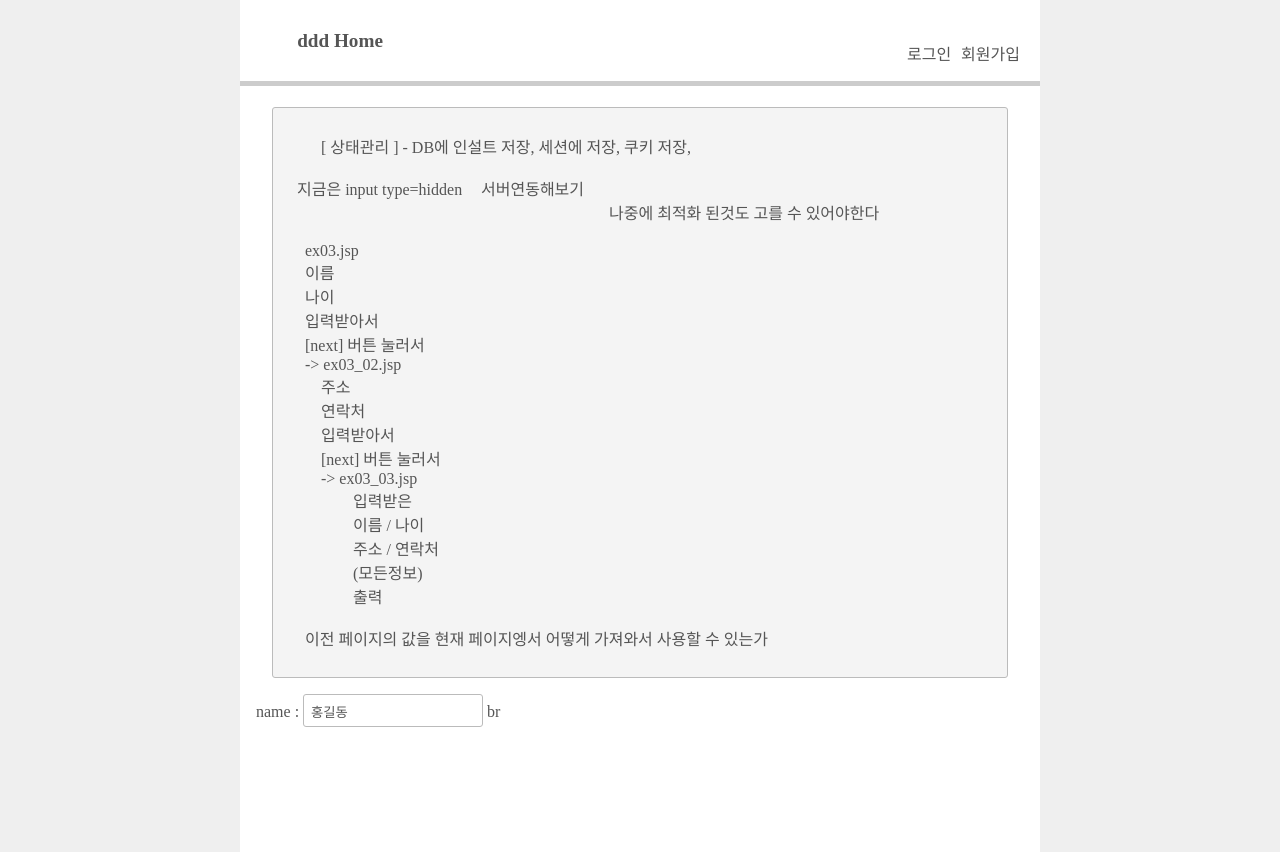
Repository: Deneb0000/JSP
Page: http://localhost/jspPro/days04/ex03.jsp
An editor plug-in stored every save of this project. The page is shown before and after the next save, followed by the edit.
The browser window is 1280 px wide. The pictures show the whole page.
Some web fonts or font styles are not loaded; a fallback is used. The page is served by Tomcat 9. Other server files are loaded and not shown.

Above is the page before, as saved 2024-10-18 05:52:39.

### jspPro/src/main/webapp/days04/ex03.jsp
<%@ page contentType="text/html; charset=UTF-8" pageEncoding="UTF-8"%>
<%@ taglib prefix="c" uri="http://java.sun.com/jsp/jstl/core" %>
<!DOCTYPE html>
<html>
<head>
<meta charset="UTF-8">
<title>Insert title here</title>
<link rel="shortcut icon" type="image/x-icon" href="http://localhost/jspPro/images/SiSt.ico">
<script src="https://ajax.googleapis.com/ajax/libs/jquery/3.7.1/jquery.min.js"></script>
<meta name="viewport" content="width=device-width, initial-scale=1.0">
<meta name="google" content="notranslate">
<link rel="stylesheet" href="http://localhost/jspPro/resources/cdn-main/example.css">
<script src="http://localhost/jspPro/resources/cdn-main/example.js"></script>
<style>
 span.material-symbols-outlined{
    vertical-align: text-bottom;
 }
</style>
</head>
<body>
<header>
  <h1 class="main"><a href="#" style="position: absolute;top:30px;">ddd Home</a></h1>
  <ul>
    <li><a href="#">로그인</a></li>
    <li><a href="#">회원가입</a></li>
  </ul>
</header>
<div>
  <xmp class="code">
  	[ 상태관리 ] - DB에 인설트 저장, 세션에 저장, 쿠키 저장,

  지금은 input type=hidden	서버연동해보기
  										나중에 최적화 된것도 고를 수 있어야한다

    ex03.jsp
    이름
    나이
    입력받아서
    [next] 버튼 눌러서
    -> ex03_02.jsp
    	주소
    	연락처
    	입력받아서
    	[next] 버튼 눌러서
    	-> ex03_03.jsp
    		입력받은
    		이름 / 나이
    		주소 / 연락처
    		(모든정보)
    		출력

    이전 페이지의 값을 현재 페이지엥서 어떻게 가져와서 사용할 수 있는가
  </xmp>
  <form action="ex03_02.jsp">
  name : <input type="text" name="name" value="홍길동" /> br
  </form>

</div>
</body>
</html>

### jspPro/src/main/webapp/resources/cdn-main/example.css
@charset "UTF-8";

@import url('https://fonts.googleapis.com/css2?family=Material+Symbols+Outlined:opsz,wght,FILL,GRAD@20..48,100..700,0..1,-50..200');

@font-face {
    font-family: 'GmarketSansMedium';
    src: url('https://cdn.jsdelivr.net/gh/projectnoonnu/noonfonts_2001@1.1/GmarketSansMedium.woff') format('woff');
    font-weight: normal;
    font-style: normal;
}

:root {
	--text-color: #555;
	--sub-text-color: #777;
	--back-color: #EFEFEF;
	--header-color: #444;
	--primary-color: #DEDEDE;
	--secondary-color: #EFEFEF;
	--default-width: 800px;
	--narrow-width: 500px;
	--wide-width: 1200px;
	--text-font: 'GmarketSansMedium';
	--icon-font: 'Material Symbols Outlined';
	--border-color: #CCC;
}

html, body {
	margin: 0;
	padding: 0;
}

html {
	background-color: var(--back-color);
	display: flex;
	justify-content: center;
	min-height: 100vh;
}

body, body.default {
	width: var(--default-width);
	background-color: white;
	padding-bottom: 120px;
}

body.wide {
	width: var(--wide-width);
}

body.narrow {
	width: var(--narrow-width);
}



body, p, div, span, a, input, select, option, textarea, button, table, th, td, label, fieldset, legend {
	font-family: var(--text-font);
	color: var(--text-color);
}

h1, h2, h3 {
	font-family: var(--text-font);
	color: var(--header-color);
	padding: 0 1rem;
	padding-top: .5rem;
}

div > h1, div > h2, div > h3 {
	padding: 0;
}

body > div, body > main > div {
	padding: 0.3rem 1rem;
}


h1 { font-size: 2rem; border-bottom: 1px solid var(--border-color); }
h1 small { font-size: 1.2rem; color: var(--sub-text-color); }
h2 { font-size: 1.5rem; border-bottom: 1px dashed var(--border-color); }
h2 small { font-size: 1.1rem; color: --sub-text-color; }
h3 { font-size: 1.2rem; }
h3 small { font-size: 1rem; color: --sub-text-color; }



h1.main::before {
	font-family: var(--icon-font);
  	content: '\e666';
  	margin-right: 10px;
  	float: left;
	font-size: 2.5rem;
}

h1.sub::before {
	font-family: var(--icon-font);
  	content: '\ea19';
  	margin-right: 10px;
  	float: left;
	font-size: 2.5rem;
}


h1.page::before {
	font-family: var(--icon-font);
  	content: '\e0e0';
  	margin-right: 10px;
  	float: left;
	font-size: 2.5rem;
}

body > header > ul > li > .active{
	background-color: #FFF;
	color:#F00;
}

body > header {
	display: flex;
	justify-content: space-between;
	border-bottom: 5px solid var(--border-color);
	min-height: 74px;
	background-color: #FFF;
}

body > header.sticky {
	position: sticky;
	top: 0;
	z-index: 98;
}

body > header > h1 {
	font-size: 1.2rem;
	border: 0;
}

body > header.in > h1::before {
	font-family: var(--icon-font);
  	content: '\e332‥';
  	margin-right: 3px;
  	float: left;
	font-size: 2rem;
}


body > header > ul {
	list-style-type: none;
	display: flex;
	align-items: flex-end;
	margin-right: 10px;
}

body > header > ul > li {
	margin-right: 10px;
	cursor: pointer;
}

body > header > ul > li > a {
	cursor: pointer;
}


form {
	display: block;
}

form > div {
	padding: 0.3rem 1rem;
}

div > form > div {
	padding: 0.3rem 0;
}

input, textarea, button, select {
	border: 1px solid #BBB;
	border-radius: 3px;
	outline: none;
	resize: none;
	padding: 7px;
	margin: 0;
}

input[type=text]:read-only, textarea:read-only {
	cursor: not-allowed;
	background-color: #FFF;
}

input[type=text]:disabled, textarea:disabled {
	cursor: not-allowed;
	background-color: #EEE;
}

input[type=text], input[type=password], textarea, button, select {
	/* width: 300px; */
}

textarea {
	display: block;
	height: 100px;
}

input[type=button], input[type=submit], button {
	/* width: inherit; */
}

input.short, textarea.short, button.short, select.short {
	width: 100px;
}

input.long, textarea.long, button.long, select.long {
	width: 350px;
}

.narrow input.long, .narrow textarea.long, .narrow button.long, .narrow select.long {
	width: calc(100% - 20px);
}

input.full, textarea.full, button.full, select.full {
	width: calc(100% - 20px);
}

textarea.short {
	height: 50px;
}

textarea.long {
	height: 100px;
}

textarea.full {
	height: 200px;
}

input, textarea {
	padding-top: 8px;
}

input[type=button], input[type=submit], button {
	padding: 5px 10px;
	background-color: var(--secondary-color);
	cursor: pointer;
	min-height: 36px;
}

input[type=button].primary, input[type=submit].primary, button.primary {
	/* background-color: rgba(100, 149, 237, .2); */
	background-color: var(--primary-color);
}

input[type=button].primary:hover, input[type=submit].primary:hover, button.primary:hover {
	/* background-color: rgba(100, 149, 237, .3); */
	background-color: var(--secondary-color);
}

input[type=button]:hover, input[type=submit]:hover, button:hover {
	background-color: var(--primary-color);
}

button {
	position: relative;
	left: 0;
	top: 0;
	padding-left: 35px;
}

button .material-symbols-outlined {
	position: absolute;
	left: 10px;
	top: 4px;
}

/* k2nik add */
button.login::before {
	font-family: var(--icon-font);
  	content: '\ea77';
	position: absolute;
	left: 11px;
	top: 4px;
	font-size: 1.25rem;
}

/* k2nik logout */
button.logout::before {
	font-family: var(--icon-font);
  	content: '\e9ba';
	position: absolute;
	left: 11px;
	top: 4px;
	font-size: 1.25rem;
}

/* k2nik help */
button.help::before {
	font-family: var(--icon-font);
  	content: '\f1c0';
	position: absolute;
	left: 11px;
	top: 4px;
	font-size: 1.25rem;
}

button.add::before{
	font-family: var(--icon-font);
  	content: '\e746';
	position: absolute;
	left: 11px;
	top: 4px;
	font-size: 1.25rem;
}

button.back::before {
	font-family: var(--icon-font);
  	content: '\e166';
	position: absolute;
	left: 11px;
	top: 4px;
	font-size: 1.25rem;
}

button.list::before {
	font-family: var(--icon-font);
  	content: '\e0ee';
	position: absolute;
	left: 11px;
	top: 4px;
	font-size: 1.25rem;
}


button.del::before {
	font-family: var(--icon-font);
  	content: '\e872';
	position: absolute;
	left: 11px;
	top: 4px;
	font-size: 1.25rem;
}


button.edit::before {
	font-family: var(--icon-font);
  	content: '\e745';
	position: absolute;
	left: 11px;
	top: 4px;
	font-size: 1.25rem;
}


button.login::before {
	font-family: var(--icon-font);
  	content: '\ea77';
	position: absolute;
	left: 11px;
	top: 4px;
	font-size: 1.25rem;
}


button.logout::before {
	font-family: var(--icon-font);
  	content: '\e9ba';
	position: absolute;
	left: 11px;
	top: 4px;
	font-size: 1.25rem;
}


button.in::before {
	font-family: var(--icon-font);
  	content: '\f71a';
	position: absolute;
	left: 11px;
	top: 4px;
	font-size: 1.25rem;
}


button.out::before {
	font-family: var(--icon-font);
  	content: '\f70e';
	position: absolute;
	left: 11px;
	top: 4px;
	font-size: 1.25rem;
}


button.reply::before {
	font-family: var(--icon-font);
  	content: '\e15e';
	position: absolute;
	left: 11px;
	top: 4px;
	font-size: 1.25rem;
}


button.comment::before {
	font-family: var(--icon-font);
  	content: '\e0b9';
	position: absolute;
	left: 11px;
	top: 4px;
	font-size: 1.25rem;
}


button.modal::before {
	font-family: var(--icon-font);
  	content: '\e89e';
	position: absolute;
	left: 11px;
	top: 4px;
	font-size: 1.25rem;
}


button.ok::before {
	font-family: var(--icon-font);
  	content: '\e86c';
	position: absolute;
	left: 11px;
	top: 4px;
	font-size: 1.25rem;
}


button.cancel::before {
	font-family: var(--icon-font);
  	content: '\e5c9';
	position: absolute;
	left: 11px;
	top: 4px;
	font-size: 1.25rem;
}

button.search::before {
	font-family: var(--icon-font);
  	content: '\e8b6';
	position: absolute;
	left: 11px;
	top: 4px;
	font-size: 1.25rem;
}

button.home::before {
	font-family: var(--icon-font);
  	content: '\e88a';
	position: absolute;
	left: 11px;
	top: 4px;
	font-size: 1.25rem;
}


button.sidebar::before {
	font-family: var(--icon-font);
  	content: '\f7e4';
	position: absolute;
	left: 11px;
	top: 4px;
	font-size: 1.25rem;
}


button.sidebar-right::before {
	font-family: var(--icon-font);
  	content: '\f7e5';
	position: absolute;
	left: 11px;
	top: 4px;
	font-size: 1.25rem;
}




button::before {
	font-family: var(--icon-font);
  	content: '\e323';
	position: absolute;
	left: 11px;
	top: 4px;
	font-size: 1.25rem;
}


table {
	border-collapse: collapse;
	margin: 1rem;
	box-sizing: border-box;
	width: calc(100% - 32px);
}

table.content {
	width: auto;
}

div > table {
	margin: 0;
}

table th, table td {
	border: 1px solid var(--border-color);
	padding: 7px;
	font-weight: normal;
}

table th {
	background-color: var(--back-color);
}

table.vertical th {
	width: 150px;
}

table.vertical td {
	width: calc(100% - 182px);
	padding-left: 10px;
}

table.content td, table.content th {
	width: auto;
}

body.narrow table.vertical th {
	width: 100px;
}

body.narrow table.vertical td {
	width: calc(100% - 182px);
}


table + table {
	margin-top: 30px;
}


p {
	padding: 0 1rem;
}

a {
	text-decoration: none;
}

a:hover {
	color: rgba(255, 99, 71, .7);
}

hr {
	border: 0;
	border-top: 1px solid var(--border-color);
	margin: 2rem 0;
}

.message {
	border: 1px solid var(--border-color);
	background-color: #EFEFEF;
	margin: 1rem;
	width: auto;
	padding-top: 10px;
	padding-bottom: 10px;
	font-size: 14px;
}

.message[title]::before {
	content: attr(title);
	display: block;
	border-bottom: 1px solid var(--border-color);
	padding-bottom: 5px;
	margin-bottom: 10px;
	margin-top: 7px;
}

.message.short {
	max-width: 250px;
}

.message.long {
	max-width: 500px;
}

.badge {
	float: right;
	font-size: .8rem;
	margin-top: 2px;
	margin-right: 2px;
	text-shadow: 0 0 7px gray;
}

.badge.left {
	float: none;
	margin-left: 2px;
}

.badge.right {
	float: right;
}

.badge.red {
	border-radius: 50%;
	padding: 2px 5px;
	background-color: rgb(255, 99, 71, .3);
}

.badge.yellow {

	border-radius: 50%;
	padding: 2px 5px;
	background-color: rgb(255, 215, 0, .5);
}

.badge.blue {
	border-radius: 50%;
	padding: 2px 5px;
	background-color: rgb(100, 149, 237, .3);
}

label + label {
	margin-left: 7px;
}

label input[type=checkbox], label input[type=radio] {
	transform: translate(0, 1px);
}

.group {
	display: flex;
}

.modal-content .group {
	margin-bottom: .5rem;
}

.group label {
	border: 1px solid #BBB;
	border-radius: 3px;
	outline: none;
	resize: none;
	padding: 7px 14px;
	margin: 0;
	border-top-right-radius: 0;
	border-bottom-right-radius: 0;
	background-color: #EFEFEF;
	white-space: nowrap;
	font-size: 14px;
}

.group input[type=text] {
	margin-left: -1px;
	border-top-left-radius: 0;
	border-bottom-left-radius: 0;
}

.group select {
	margin-left: -1px;
	border-top-left-radius: 0;
	border-bottom-left-radius: 0;
}

.group input.full[type=text] {
	margin-left: -1px;
	border-top-left-radius: 0;
	border-bottom-left-radius: 0;
	width: 100%;
}

.group input[type=button]:first-child, .group button:first-child {
	border-top-left-radius: 3px;
	border-bottom-left-radius: 3px;
	margin-left: 0px;
}

.group input[type=button], .group button {
	border-radius: 0;
	margin-left: -1px;
}

.group input[type=button]:last-child, .group button:last-child {
	margin-left: -1px;
	border-top-right-radius: 3px;
	border-bottom-right-radius: 3px;
}

.seperate {
	display: flex;
	justify-content: space-between;
}

div.list {
	width: max-content;
	margin: 1rem;
	border: 1px solid #BBB;
	border-radius: 3px;
	padding: 0;
}

div.list.full {
	width: auto;
	display: block;
	margin: 1rem;
	border: 1px solid #BBB;
	border-radius: 3px;
	padding: 0;
}

div.list > div {
	padding: .5rem 1rem;
	margin: 0;
	border-bottom: 1px solid #BBB;
}

div.list > div:last-child {
	border-bottom: 0;
}

pre.code , xmp.code{
	font-family: consols;
	background-color: rgba(150, 150, 150, .1);
	border: 1px solid #BBB;
	border-radius: 3px;
	padding: .5rem 1rem;
	padding-bottom: .6rem;
	margin: 1rem;
}




*[data-modal-window] {
	position: fixed;
	background-color: rgba(0, 0, 0, .3);
	left: 0;
	top: 0;
	display: none;
	justify-content: center;
	align-items: flex-start;
	width: 100%;
	min-height: 100vh;
	z-index: 100;
	opacity: 0;
	transition: 500ms all;
}

*[data-modal-window] .modal-container {
	border-radius: 5px;
	padding: 1rem;
	padding-bottom: .5rem;
	margin-top: -500px;
	opacity: 0;
	width: 500px;
	background-color: #FFF;
	margin-right: 2rem;
	transition: 500ms all;
}

*[data-modal-size=content] .modal-container {
	width: auto;
}

*[data-modal-size=narrow] .modal-container {
	width: 300px;
}

*[data-modal-size=wide] .modal-container {
	width: 760px;
}


*[data-modal-window] .modal-header {
	border-bottom: 1px solid var(--border-color);
	padding: 2px 5px;
}

*[data-modal-window] .modal-content {
	padding: 1rem 5px;
}

*[data-modal-window] .modal-content div:last-child {
	margin-top: 1rem;
	text-align: right;
}



*[data-sidebar-window] {
	position: fixed;
	background-color: #FFF;
	left: 0;
	top: 0;
	display: block;
	width: 300px;
	border-right: 1px solid var(--border-color);
	box-sizing: border-box;
	box-shadow: 0 0 3px var(--back-color);
	min-height: 100vh;
	z-index: 99;
	transform: translate(-300px, 0);
	transition-duration: 500ms;
	transition-property: transform;
}

*[data-sidebar-direction=right] {
	left: auto;
	right: 0;
	transform: translate(300px, 0);
	border-left: 1px solid var(--border-color);
}

*[data-sidebar-size=wide] {
	width: 500px;
	transform: translate(-500px, 0);
}

*[data-sidebar-window] .sidebar-title {
	border-bottom: 1px solid var(--border-color);
	margin-top: 20px;
	margin-bottom: 20px;
	padding-bottom: 5px;
	display: flex;
	justify-content: space-between;
}

*[data-sidebar-window] .sidebar-title span:last-child {
	cursor: pointer;
}


/* K2Nik pagination */
.center {
  text-align: center;
}

.pagination {
  display: inline-block;
}

.pagination a {
  color: black;
  float: left;
  padding: 3px 6px;
  text-decoration: none;
  transition: background-color .3s;
  border: 1px solid #ddd;
  margin: 0 3px;
}

.pagination a.active {
  background-color: #4CAF50;
  color: white;
  border: 1px solid #4CAF50;
}

.pagination a:hover:not(.active) {background-color: #ddd;}

### jspPro/src/main/webapp/resources/cdn-main/example.js

window.onload = () => {

    const list = document.querySelectorAll('input, textarea');

    list.forEach(item => {
        item.setAttribute('autocomplete', 'off');
    });


    const modal_btn_list = document.querySelectorAll('*[data-modal-button]');

    modal_btn_list.forEach(item => {
        item.onclick = function() {

            const name = this.dataset['modalButton'];
            const modal_window = document.querySelector('*[data-modal-window=' + name);

            const container = document.createElement('div');
            container.className = 'modal-container';



            const modal_header = document.createElement('div');
            modal_header.textContent = modal_window.dataset['modalTitle'];
            modal_header.className = 'modal-header';
            container.appendChild(modal_header);

            const modal_content = document.createElement('div');
            modal_content.className = 'modal-content';
            container.appendChild(modal_content);

            Array.from(modal_window.childNodes).forEach(item => {
                modal_content.appendChild(item);
            });

            modal_window.appendChild(container);

            modal_window.style.display = 'flex';

            setTimeout(() => {
                modal_window.style.opacity = 1;
                container.style.marginTop = '20px';
                container.style.opacity = 1;
            }, 50);


            const modal_ok = document.querySelector('*[data-modal-ok=' + name);
            modal_ok.addEventListener('click', function() {
                modal_window.style.opacity = 0;
                container.style.marginTop = '-500px';
                container.style.opacity = 0;

                setTimeout(() => {
                    modal_window.innerHTML = modal_content.innerHTML;
                    modal_window.style.display = 'none';
                }, 500);

            });

            const modal_cancel = document.querySelector('*[data-modal-cancel=' + name);
            modal_cancel.addEventListener('click', function() {

                modal_window.style.opacity = 0;
                container.style.marginTop = '-500px';
                container.style.opacity = 0;

                setTimeout(() => {
                    modal_window.innerHTML = modal_content.innerHTML;
                    modal_window.style.display = 'none';
                }, 500);
            });


        };
    });


    const sidebar_btn_list = document.querySelectorAll('*[data-sidebar-button]');

    sidebar_btn_list.forEach(item => {
        item.onclick = function() {



            const name = this.dataset['sidebarButton'];
            const sidebar_window = document.querySelector('*[data-sidebar-window=' + name);

            if (sidebar_window.style.transform == 'translate(0px, 0px)') return;



            sidebar_window.style.transform = 'translate(0, 0)';

            const sidebar_title = document.createElement('div');
            sidebar_title.className = 'sidebar-title';
            sidebar_title.innerHTML = '<span>' + sidebar_window.dataset['sidebarTitle'] + '</span><span class="material-symbols-outlined">close</span>';

            sidebar_title.children[1].onclick = function() {

                let sign = 1;
                let distance = 300;

                if (sidebar_window.dataset['sidebarDirection'] != 'right') {
                    sign = -1;
                } else {
                    sign = 1;
                }

                if (sidebar_window.dataset['sidebarSize'] != 'wide') {
                    distance = 300;
                } else {
                    distance = 500;
                }

                distance *= sign;

                sidebar_window.style.transform = 'translate(' + distance + 'px, 0)';

                setTimeout(function() {
                    sidebar_window.removeChild(sidebar_window.children[0]);
                }, 500);
            };


            sidebar_window.prepend(sidebar_title);

        }
    });

};

// window.onkeydown = function(event) {

//     if (event.keyCode == 27) {
//         if (document.querySelector('[data-modal-window').style.display == 'flex') {
//             document.querySelector('[data-modal-window').style.display = 'none';
//         }
//     }

// };

After the next save:
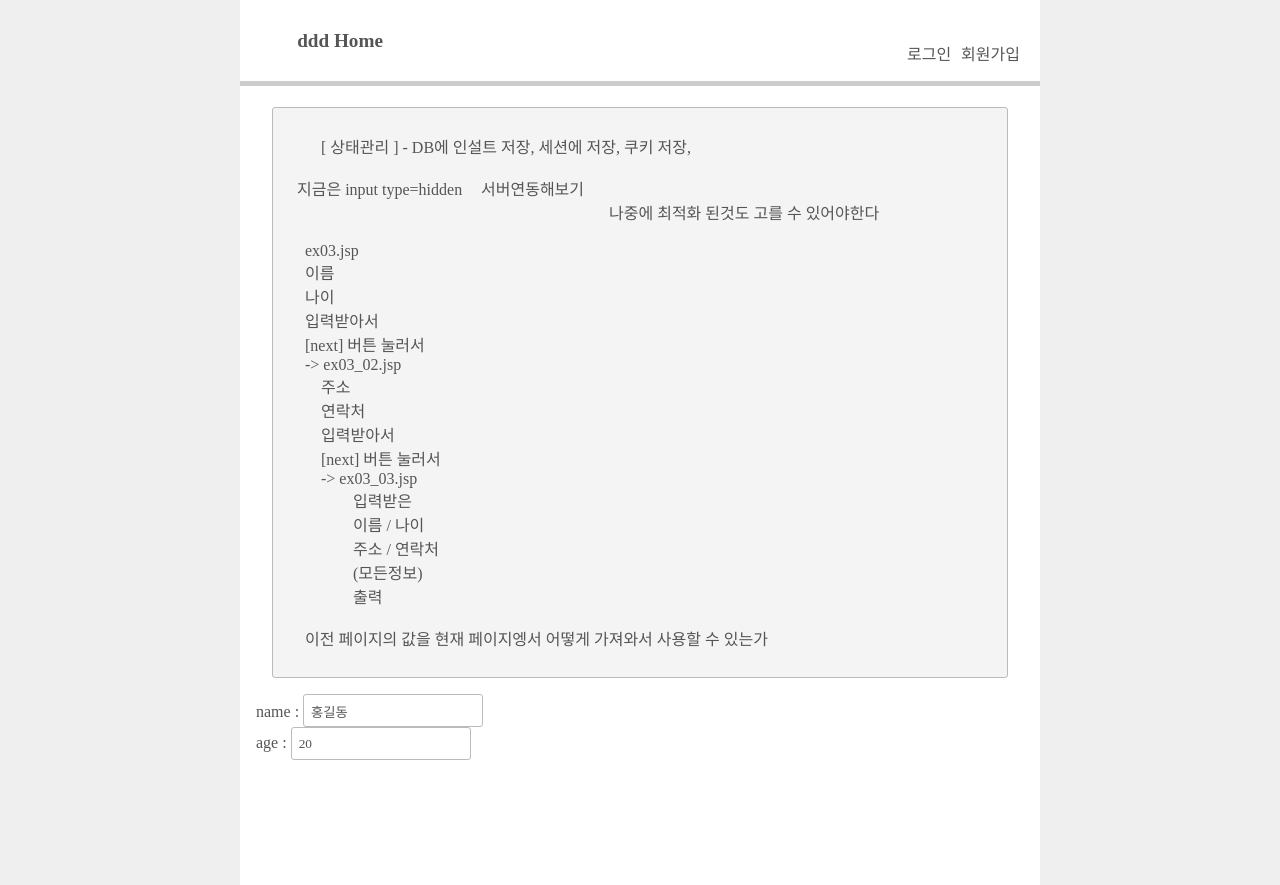
Saved 32 s later.
--- a/jspPro/src/main/webapp/days04/ex03.jsp
+++ b/jspPro/src/main/webapp/days04/ex03.jsp
@@ -52,7 +52,8 @@
     이전 페이지의 값을 현재 페이지엥서 어떻게 가져와서 사용할 수 있는가
   </xmp>
   <form action="ex03_02.jsp">
-  name : <input type="text" name="name" value="홍길동" /> br
+  name : <input type="text" name="name" value="홍길동" /> <br />
+  age : <input type="text" name="age" value="20" /> <br />
   </form>
 
 </div>
